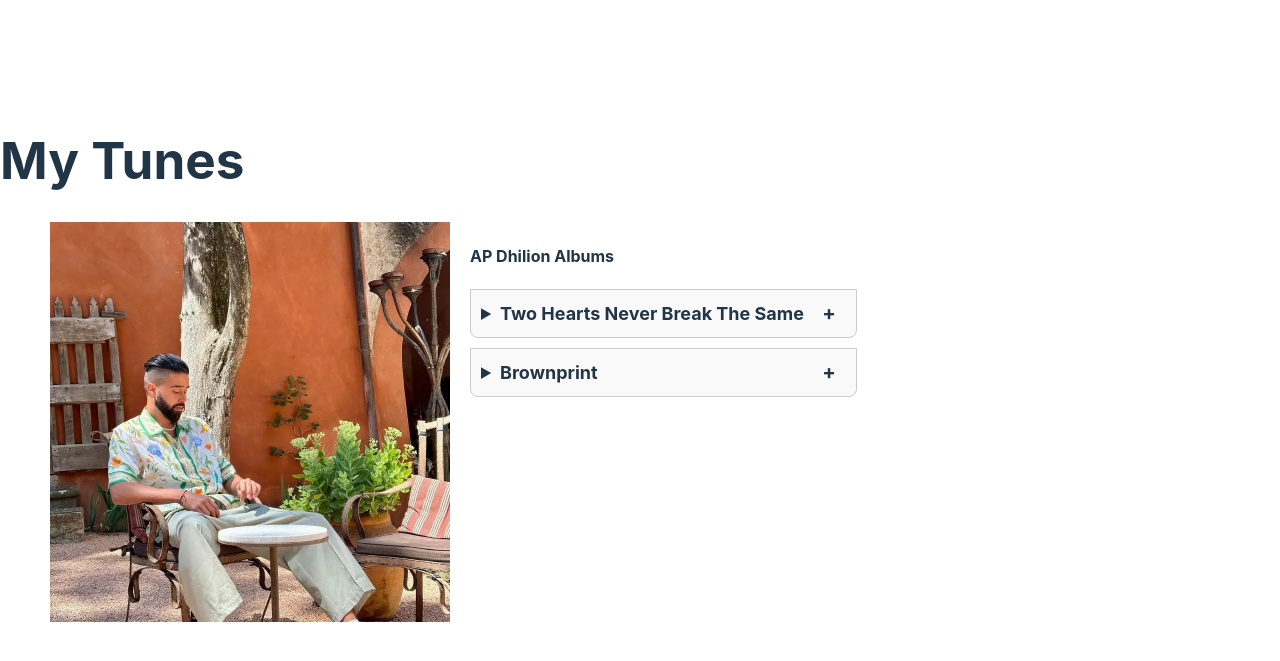
Repository: GavinPahal/my_app
Page: / (app in react/)
The author's editor kept a copy of each file at every save. The page is drawn from the files as they stood at one save, then again after the next save.
The browser window is 1280 px wide. The pictures show the whole page.
The project was rebuilt for these pictures with package versions that can differ from the ones it lists, and the page was loaded fresh each time. Also part of the build but not shown: react/vite.config.js.

Above is the page before, as saved 2024-09-15 18:10:38.

### react/src/App.jsx
import { useState } from 'react'
import ap from '/Untitled-34.jpg'
import './App.css'

function App() {
  return (
    <>
    <h1 className='heading'>My Tunes</h1>
    <div className="container">
      <img src={ap} alt="Vite logo" width={400} height={400}/>
      <div className="album">
      <h4 className='ap'>AP Dhilion Albums</h4>
        <details name="reqs">
          <summary>Two Hearts Never Break The Same</summary>
          <ol>
            <li>All Night(Live)</li>
            <li>Hills</li>
            <li>SummerHigh</li>
            <li>Wo Noor</li>
            <li>Dil Nu</li>
          </ol>
        </details>
        <details name="reqs">
          <summary>Brownprint</summary>
          <ol>
            <li>Brownprint</li>
            <li>315</li>
            <li>Old Money</li>
            <li>Losing Myself</li>
            <li>Distance</li>
            <li>After Midnight</li>
            <li>Bora Bora</li>
            <li>Sweet Flower</li>
            <li>To Be Contuined</li>
          </ol>
        </details>
      </div>
    </div>
    </>
  )
}

export default App

### react/src/App.css
.container {
  display: flex;
  justify-content: center;
  align-items: flex-start;
  margin-top: 20px;
  margin-left: 50px;
}

.title {
  font-size: 32px;
  font-weight: bold;
  margin-bottom: 20px;
  text-align: center;
}

.subheading {
  font-size: 24px;
  font-weight: bold;
  margin-bottom: 10px;
}

img {
  margin-right: 20px;
}

.album {
  display: flex;
  flex-direction: column;
  max-width: 400px;
}

details {
  width: 100%;
  margin-bottom: 10px;
  border: 1px solid #ccc;
  border-radius: 0 0 8px 8px;
  padding: 10px;
  background-color: #f9f9f9;
  position: relative;
}

summary {
  font-size: 18px;
  font-weight: bold;
  cursor: pointer;
  position: relative;
  padding-right: 20px; /* Create space for the plus sign */
}

summary:hover {
  color: #282828;
}

details[open] summary {
  color: #383838;
}

summary::after {
  content: '+';
  position: absolute;
  right: 0;
  font-size: 20px;
  top: 0;
  bottom: 0;
  display: flex;
  align-items: center;
  padding-right: 10px;
  transition: transform 0.3s ease;
}

details[open] summary::after {
  transform: rotate(45deg); /* Turn the plus sign into a cross when open */
}

ol {
  padding-left: 20px;
  margin: 10px 0;
  list-style: decimal;
}

Loaded but not shown: react/index.html (common file); react/src/main.jsx (common file); react/src/index.css (common file)

After the next save:
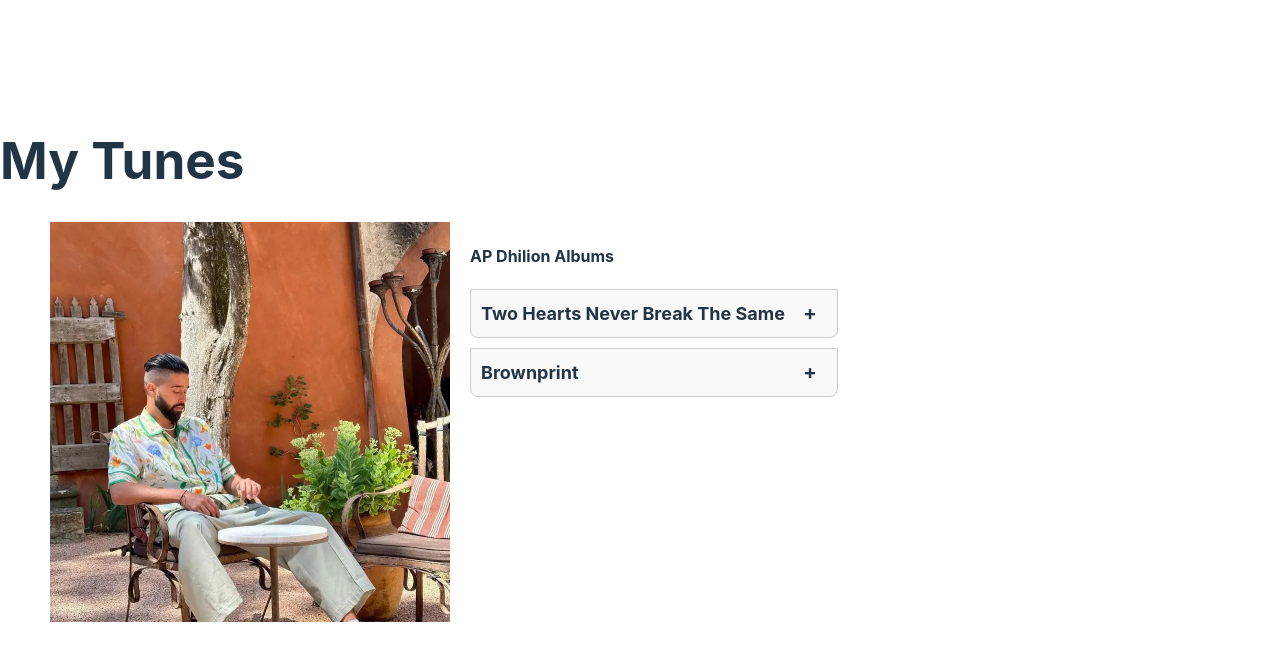
Saved 96 s later.
--- a/react/src/App.css
+++ b/react/src/App.css
@@ -44,7 +44,8 @@
   font-weight: bold;
   cursor: pointer;
   position: relative;
-  padding-right: 20px; /* Create space for the plus sign */
+  padding-right: 20px;
+  list-style: none;
 }
 
 summary:hover {

After the save that followed:
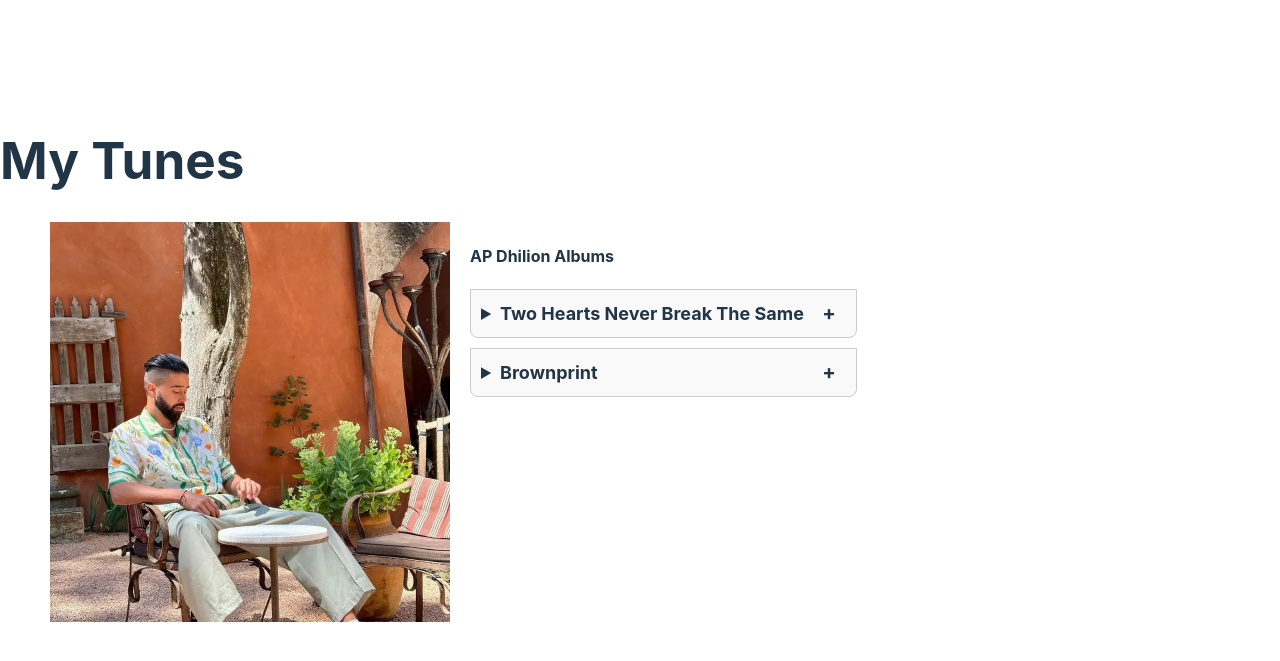
Saved 15 s later.
--- a/react/src/App.css
+++ b/react/src/App.css
@@ -45,7 +45,6 @@
   cursor: pointer;
   position: relative;
   padding-right: 20px;
-  list-style: none;
 }
 
 summary:hover {
